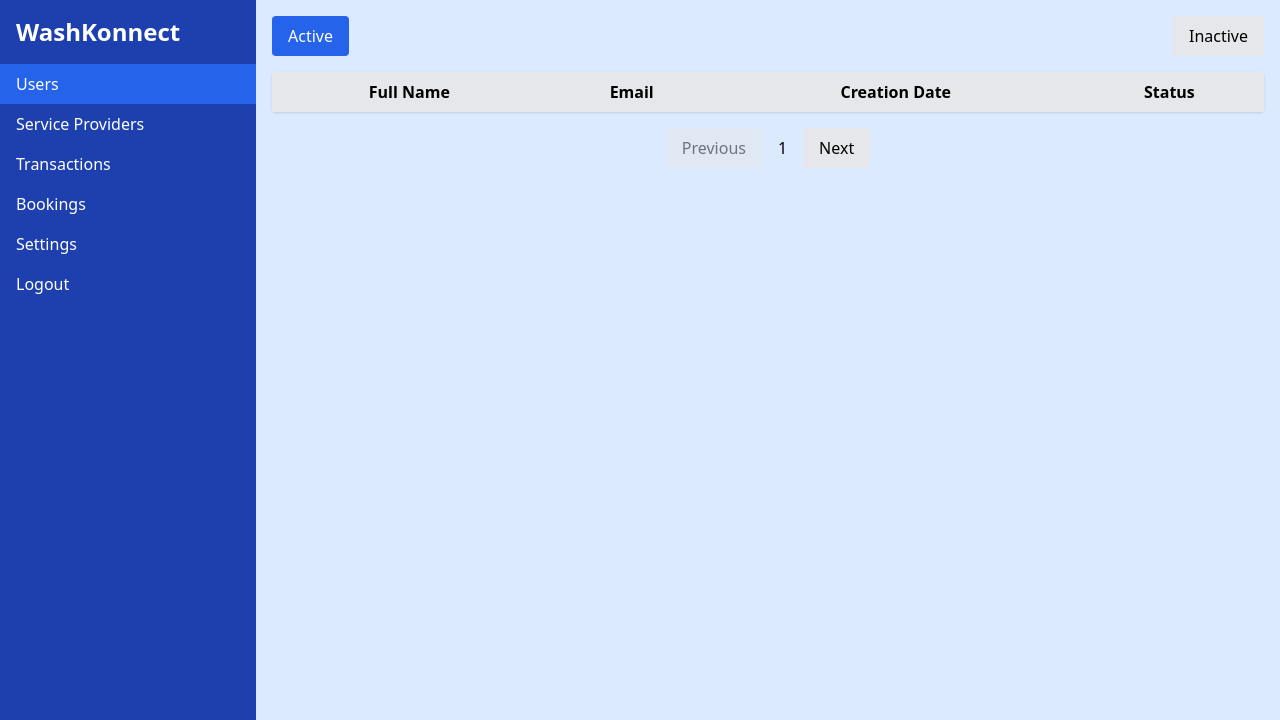
Repository: TEKVOLUTION-LTD/Admin-washKonnect
Page: /dashboard/users (app in Admin-WashKonnect/)
An editor plug-in stored every save of this project. The page is shown before and after the next save, followed by the edit.
The browser window is 1280 px wide. The pictures show the whole page.
The page's requests for data from a server got no answer. The project was rebuilt for these pictures with package versions that can differ from the ones it lists, and the page was loaded fresh each time. No one was signed in, and anything a server would have sent is missing. Also part of the build but not shown: Admin-WashKonnect/vite.config.js, Admin-WashKonnect/src/pages/LoginPage.jsx, Admin-WashKonnect/src/pages/ServiceProviderPage.jsx, Admin-WashKonnect/src/pages/TransactionsPage.jsx, Admin-WashKonnect/src/pages/BookingsPage.jsx, Admin-WashKonnect/src/pages/SettingsPage.jsx, Admin-WashKonnect/src/pages/LogoutPage.jsx.

Above is the page before, as saved 2024-11-19 16:03:16.

### Admin-WashKonnect/src/App.jsx
import { BrowserRouter as Router, Route, Routes } from "react-router-dom";
import LoginPage from "./pages/LoginPage";
import Dashboard from "./pages/Dashboard";

function App() {
  return (
    <Router>
      <Routes>
        <Route path="/" element={<LoginPage />} />
        <Route path="/dashboard/*" element={<Dashboard />} />
      </Routes>
    </Router>
  );
}

export default App;

### Admin-WashKonnect/src/pages/Dashboard.jsx
import { Route, Routes } from "react-router-dom";
import Sidebar from "../components/Sidebar";
import UserPage from "../components/UsersPage";
import ServiceProviderPage from "./ServiceProviderPage";
import TransactionPage from "./TransactionsPage";
import BookingsPage from "./BookingsPage";
import SettingsPage from "./SettingsPage";
import LogoutPage from "./LogoutPage";

const Dashboard = () => {
  return (
    <div className="flex h-screen">
      <Sidebar />
      <div className="flex-1 bg-blue-100 p-4 overflow-auto">
        <Routes>
          <Route path="users" element={<UserPage />} />
          <Route path="service-providers" element={<ServiceProviderPage />} />
          <Route path="transactions" element={<TransactionPage />} />
          <Route path="bookings" element={<BookingsPage />} />
          <Route path="settings" element={<SettingsPage />} />
          <Route path="logout" element={<LogoutPage />} />
        </Routes>
      </div>
    </div>
  );
};

export default Dashboard;

### Admin-WashKonnect/src/api/api.js
import axios from "axios";

const API = axios.create({
  baseURL: "http://localhost:5000/api", // Change this to match your backend URL
});

export default API;

### Admin-WashKonnect/src/components/Sidebar.jsx
import { NavLink } from "react-router-dom";

const Sidebar = () => {
  return (
    <div className="w-64 bg-blue-800 text-white h-full flex flex-col">
      <div className="p-4 text-2xl font-bold">WashKonnect</div>
      <nav className="flex-1">
        {[
          { name: "Users", path: "users" },
          { name: "Service Providers", path: "service-providers" },
          { name: "Transactions", path: "transactions" },
          { name: "Bookings", path: "bookings" },
          { name: "Settings", path: "settings" },
          { name: "Logout", path: "logout" },
        ].map((link) => (
          <NavLink
            key={link.name}
            to={`/dashboard/${link.path}`}
            className={({ isActive }) =>
              `block px-4 py-2 hover:bg-blue-700 ${
                isActive ? "bg-blue-600" : ""
              }`
            }
          >
            {link.name}
          </NavLink>
        ))}
      </nav>
    </div>
  );
};

export default Sidebar;

### Admin-WashKonnect/src/components/UsersPage.jsx
import { useState, useEffect } from "react";
import API from "../api/api";
import Pagination from "./Pagination";

const UserPage = () => {
  const [users, setUsers] = useState([]);
  const [filter, setFilter] = useState("active");
  const [currentPage, setCurrentPage] = useState(1);
  const usersPerPage = 10;

  useEffect(() => {
    const fetchUsers = async () => {
      try {
        const response = await API.get(`/users?status=${filter}`);
        setUsers(response.data);
      } catch (error) {
        console.error("Failed to fetch users", error);
      }
    };
    fetchUsers();
  }, [filter]);

  const startIndex = (currentPage - 1) * usersPerPage;
  const displayedUsers = users.slice(startIndex, startIndex + usersPerPage);

  return (
    <div>
      <div className="flex justify-between mb-4">
        <button
          onClick={() => setFilter("active")}
          className={`px-4 py-2 rounded ${
            filter === "active" ? "bg-blue-600 text-white" : "bg-gray-200"
          }`}
        >
          Active
        </button>
        <button
          onClick={() => setFilter("inactive")}
          className={`px-4 py-2 rounded ${
            filter === "inactive" ? "bg-blue-600 text-white" : "bg-gray-200"
          }`}
        >
          Inactive
        </button>
      </div>
      <table className="w-full bg-white rounded shadow">
        <thead>
          <tr className="bg-gray-200">
            <th className="p-2">Full Name</th>
            <th className="p-2">Email</th>
            <th className="p-2">Creation Date</th>
            <th className="p-2">Status</th>
          </tr>
        </thead>
        <tbody>
          {displayedUsers.map((user) => (
            <tr key={user.id} className="text-center border-t">
              <td className="p-2">{user.fullname}</td>
              <td className="p-2">{user.email}</td>
              <td className="p-2">{user.creationDate}</td>
              <td className="p-2">{user.status}</td>
            </tr>
          ))}
        </tbody>
      </table>
      <Pagination
        totalItems={users.length}
        itemsPerPage={usersPerPage}
        currentPage={currentPage}
        onPageChange={(page) => setCurrentPage(page)}
      />
    </div>
  );
};

export default UserPage;

### Admin-WashKonnect/src/components/Pagination.jsx
const Pagination = ({ totalItems, itemsPerPage, currentPage, onPageChange }) => {
    const totalPages = Math.ceil(totalItems / itemsPerPage);

    return (
      <div className="flex justify-center mt-4">
        <button
          onClick={() => onPageChange(currentPage - 1)}
          disabled={currentPage === 1}
          className="px-4 py-2 bg-gray-200 rounded-l disabled:opacity-50"
        >
          Previous
        </button>
        <span className="px-4 py-2">{currentPage}</span>
        <button
          onClick={() => onPageChange(currentPage + 1)}
          disabled={currentPage === totalPages}
          className="px-4 py-2 bg-gray-200 rounded-r disabled:opacity-50"
        >
          Next
        </button>
      </div>
    );
  };

  export default Pagination;

Loaded but not shown: Admin-WashKonnect/index.html (common file); Admin-WashKonnect/src/main.jsx (common file); Admin-WashKonnect/src/index.css (common file); Admin-WashKonnect/tailwind.config.js (common file)

After the next save:
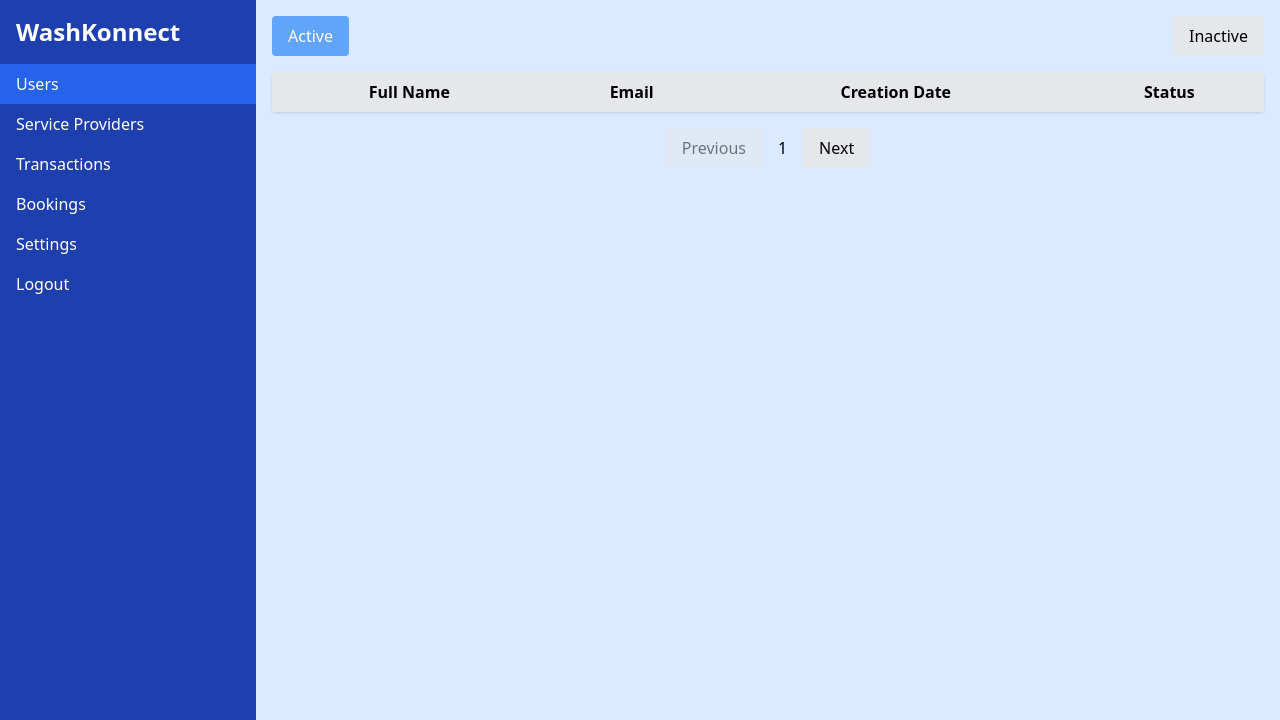
Saved 28 min 5 s later.
--- a/Admin-WashKonnect/src/components/UsersPage.jsx
+++ b/Admin-WashKonnect/src/components/UsersPage.jsx
@@ -29,7 +29,7 @@
         <button
           onClick={() => setFilter("active")}
           className={`px-4 py-2 rounded ${
-            filter === "active" ? "bg-blue-600 text-white" : "bg-gray-200"
+            filter === "active" ? "bg-blue-400 text-white" : "bg-gray-200"
           }`}
         >
           Active
